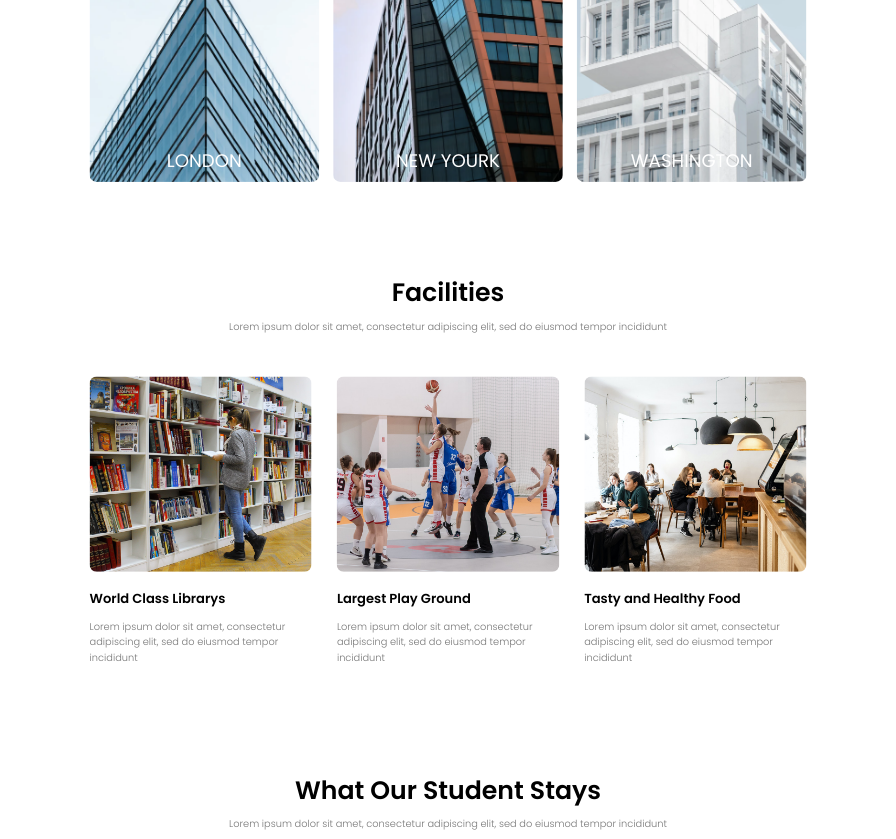
Repository: dewaary/company-profile
Page: index.html
The author's editor kept a copy of each file at every save. The page is drawn from the files as they stood at one save, then again after the next save.
The browser window is 1280 px wide. The pictures show the part of the page from y = 1597 to 3517 px (the page is 2795 px tall before and 3517 px after), at 70% of full size.

Above is the page before, as saved 2021-05-07 22:16:35.

### index.html
<!DOCTYPE html>
<html lang="en">

<head>
    <meta charset="UTF-8">
    <meta http-equiv="X-UA-Compatible" content="IE=edge">
    <meta name="viewport" content="width=device-width, initial-scale=1.0">
    <title>University Website Design</title>
    <link rel="stylesheet" href="style.css">
    <link rel="preconnect" href="https://fonts.gstatic.com">
    <link href="https://fonts.googleapis.com/css2?family=Poppins:wght@200;300;400;600;700&display=swap"
        rel="stylesheet">
    <link rel="stylesheet"
        href="https://cdn.jsdelivr.net/npm/@fortawesome/fontawesome-free@5.15.3/css/fontawesome.min.css">
</head>

<body>

    <section class="header">
        <nav>
            <a href="index.html"><img src="images/logo.png"></a>
            <div class="nav-links" id="navLinks">
                <i class="fa fa-times" onclick="hideMenu()"></i>
                <ul>
                    <li><a href="">HOME</a></li>
                    <li><a href="">ABOUT</a></li>
                    <li><a href="">COURSE</a></li>
                    <li><a href="">BLOG</a></li>
                    <li><a href="">CONTACT</a></li>
                </ul>
            </div>
            <i class="fa fa-bars" onclick="showMenu()"></i>
        </nav>

        <div class="text-box">
            <h1>World's Biggest University</h1>
            <p>"Lorem ipsum dolor sit amet, consectetur adipiscing elit, sed do eiusmod tempor incididunt ut labore et
                dolore magna aliqua. Ut enim ad minim veniam, quis nostrud exercitation ullamco laboris nisi ut aliquip
                ex ea commodo consequat.</p>
            <a href="" class="hero-btn">Visit Us to More</a>
        </div>
    </section>

    <!---- Courses ---->

    <section class="course">
        <h1>Courses We Offer</h1>
        <p>Lorem ipsum dolor sit amet, consectetur adipiscing elit, sed do eiusmod tempor incididunt</p>
        <div class="row">
            <div class="course-col">
                <h3>Intermidate</h3>
                <p>Lorem ipsum dolor sit amet, consectetur adipiscing elit, sed do eiusmod tempor incididunt ut</p>
            </div>

            <div class="course-col">
                <h3>Degree</h3>
                <p>Lorem ipsum dolor sit amet, consectetur adipiscing elit, sed do eiusmod tempor incididunt ut</p>
            </div>

            <div class="course-col">
                <h3>Post Graduation</h3>
                <p>Lorem ipsum dolor sit amet, consectetur adipiscing elit, sed do eiusmod tempor incididunt ut</p>
            </div>
        </div>
    </section>

    <!---- Campus ---->

    <section class="campus">
        <h1>Our Global Campus</h1>
        <p>Lorem ipsum dolor sit amet, consectetur adipiscing elit, sed do eiusmod tempor incididunt</p>
        <div class="row">
            <div class="campus-col">
                <img src="images/london.png">
                <div class="layer">
                    <h3>LONDON</h3>
                </div>
            </div>

            <div class="campus-col">
                <img src="images/newyork.png">
                <div class="layer">
                    <h3>NEW YOURK</h3>
                </div>
            </div>

            <div class="campus-col">
                <img src="images/washington.png">
                <div class="layer">
                    <h3>WASHINGTON</h3>
                </div>
            </div>
        </div>
    </section>

    <!---- Facilities ---->

    <section class="facilities">
        <h1>Facilities</h1>
        <p>Lorem ipsum dolor sit amet, consectetur adipiscing elit, sed do eiusmod tempor incididunt</p>
        <div class="row">
            <div class="facilities-col">
                <img src="images/library.png">
                <h3>World Class Librarys</h3>
                <p>Lorem ipsum dolor sit amet, consectetur adipiscing elit, sed do eiusmod tempor incididunt</p>
            </div>
            <div class="facilities-col">
                <img src="images/basketball.png">
                <h3>Largest Play Ground</h3>
                <p>Lorem ipsum dolor sit amet, consectetur adipiscing elit, sed do eiusmod tempor incididunt</p>
            </div>
            <div class="facilities-col">
                <img src="images/cafeteria.png">
                <h3>Tasty and Healthy Food</h3>
                <p>Lorem ipsum dolor sit amet, consectetur adipiscing elit, sed do eiusmod tempor incididunt</p>
            </div>
        </div>
    </section>

    <!---- Testimonials ---->

    <section class="testimonials">
        <h1>What Our Student Stays</h1>
        <p>Lorem ipsum dolor sit amet, consectetur adipiscing elit, sed do eiusmod tempor incididunt</p>
    </section>

    <!---- Javascript for Toggle Menu ---->
    <script>
        var navLinks = document.getElementById("navLinks");

        function showMenu() {
            navLinks.style.right = "0";
        }
        function hideMenu() {
            navLinks.style.right = "-200px";
        }
    </script>

</body>

</html>

### style.css
* {
  margin: 0;
  padding: 0;
  font-family: "Poppins", sans-serif;
}

.header {
  min-height: 100vh;
  width: 100%;
  background-image: linear-gradient(rgba(4, 9, 30, 0.7), rgba(4, 9, 30, 0.7)),
    url(images/banner.png);
  background-position: center;
  background-size: cover;
  position: relative;
}

nav {
  display: flex;
  padding: 2% 6%;
  justify-content: space-between;
  align-items: center;
}

nav img {
  width: 150px;
}

.nav-links {
  flex: 1;
  text-align: right;
}

.nav-links ul li {
  list-style: none;
  display: inline-block;
  padding: 8px 12px;
  position: relative;
}

.nav-links ul li a {
  color: #fff;
  text-decoration: none;
  font-size: 13px;
}

.nav-links ul li::after {
  content: "";
  width: 0%;
  height: 2px;
  background: #f44336;
  display: block;
  margin: auto;
  transition: 0.5s;
}

.nav-links ul li:hover::after {
  width: 100%;
}

.text-box {
  width: 90%;
  color: #fff;
  position: absolute;
  top: 50%;
  left: 50%;
  transform: translate(-50%, -50%);
  text-align: center;
}

.text-box h1 {
  font-size: 62px;
}

.text-box p {
  margin: 10px 0 40px;
  font-size: 14px;
  color: #fff;
}

.hero-btn {
  display: inline-block;
  text-decoration: none;
  color: #fff;
  border: 1px solid #fff;
  padding: 12px 34px;
  font-size: 13px;
  background: transparent;
  position: relative;
  cursor: pointer;
}

.hero-btn:hover {
  border: 1px solid #f44336;
  background: #f44336;
  transition: 1s;
}

nav .fa {
  display: none;
}

@media (max-width: 700px) {
  .text-box h1 {
    font-size: 20px;
  }

  .nav-links ul li {
    display: block;
  }
  .nav-links {
    position: absolute;
    background: #f44336;
    height: 100vh;
    width: 200px;
    top: 0;
    right: -200px;
    text-align: left;
    z-index: 2;
    transition: 1s;
  }

  nav .fa {
    display: block;
    color: #fff;
    margin: 10px;
    font-size: 22px;
    cursor: pointer;
  }

  .nav-links ul {
    padding: 30px;
  }
}

/*---- Course ------ */

.course {
  width: 80%;
  margin: auto;
  text-align: center;
  padding-top: 100px;
}

h1 {
  font-size: 36px;
  font-weight: 600;
}

p {
  color: #777;
  font-size: 14px;
  font-weight: 300;
  line-height: 22px;
  padding: 10px;
}

.row {
  margin-top: 5%;
  display: flex;
  justify-content: space-between;
}

.course-col {
  flex-basis: 31%;
  background: #fff3f3;
  border-radius: 10px;
  margin-bottom: 5%;
  padding: 20px 12px;
  box-sizing: border-box;
  transition: 0.5s;
}

h3 {
  text-align: center;
  font-weight: 600;
  margin: 10px 0;
}

.course-col:hover {
  box-shadow: 0 0 20px 0px rgba(0, 0, 0, 0.2);
}

@media (max-width: 700px) {
  .row {
    flex-direction: column;
  }
}

.campus {
  width: 80%;
  margin: auto;
  text-align: center;
  padding-top: 50px;
}

.campus-col {
  flex-basis: 32%;
  border-radius: 10px;
  margin-bottom: 30px;
  position: relative;
  overflow: hidden;
}
.campus-col img {
  width: 100%;
  display: block;
}

.layer {
  background: transparent;
  height: 100%;
  width: 100%;
  position: absolute;
  top: 0;
  left: 0;
  transition: 0.5s;
}

.layer:hover {
  background: rgba(226, 0, 0, 0.7);
}

.layer h3 {
  width: 100%;
  font-weight: 500;
  color: #fff;
  font-size: 26px;
  bottom: 0;
  left: 50%;
  transform: translateX(-50%);
  position: absolute;
  transition: 0.5s;
}

.layer:hover h3 {
  bottom: 49%;
  opacity: 1;
}

.facilities {
  width: 80%;
  margin: auto;
  text-align: center;
  padding-top: 100px;
}

.facilities-col {
  flex-basis: 31%;
  border-radius: 10px;
  margin-bottom: 5%;
  text-align: left;
}

.facilities-col img{
  width: 100%;
  border-radius: 10px;

}

.facilities-col p {
  padding: 0%;
}

.facilities-col h3{
  margin-top: 16px;
  margin-bottom: 15px;
  text-align: left;
}

.testimonials{
  width: 80%;
  margin: auto;
  padding-top: 100px;
  text-align: center;
}

After the next save:
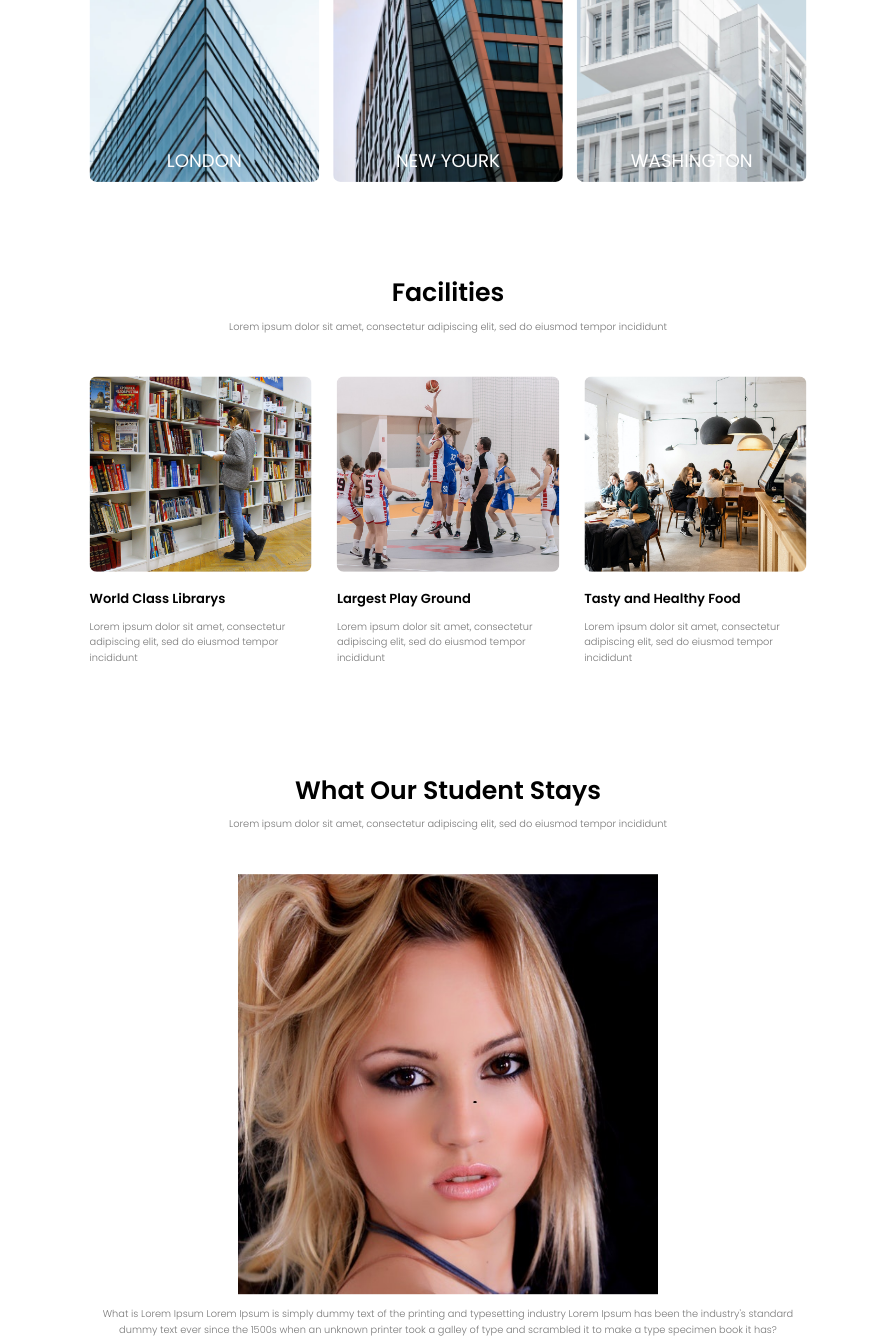
Saved 104 s later.
--- a/index.html
+++ b/index.html
@@ -122,6 +122,15 @@
     <section class="testimonials">
         <h1>What Our Student Stays</h1>
         <p>Lorem ipsum dolor sit amet, consectetur adipiscing elit, sed do eiusmod tempor incididunt</p>
+
+        <div class="row">
+            <div class="testimonials-col">
+                <img src="images/user1.jpg">
+                <div>
+                    <p>What is Lorem Ipsum Lorem Ipsum is simply dummy text of the printing and typesetting industry Lorem Ipsum has been the industry's standard dummy text ever since the 1500s when an unknown printer took a galley of type and scrambled it to make a type specimen book it has?</p>
+                </div>
+            </div>
+        </div>
     </section>
 
     <!---- Javascript for Toggle Menu ---->
